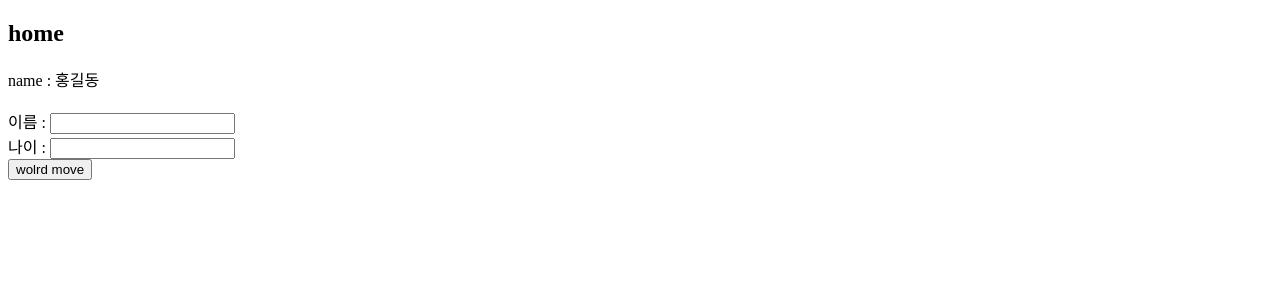
Repository: suhong99/springEclitest
Page: http://localhost/springSample2/home.do
An editor plug-in stored every save of this project. The page is shown before and after the next save, followed by the edit.
The browser window is 1280 px wide. The pictures show the whole page.
The page is served by Tomcat 9.

Above is the page before, as saved 2023-07-11 05:39:13.

After the next save:
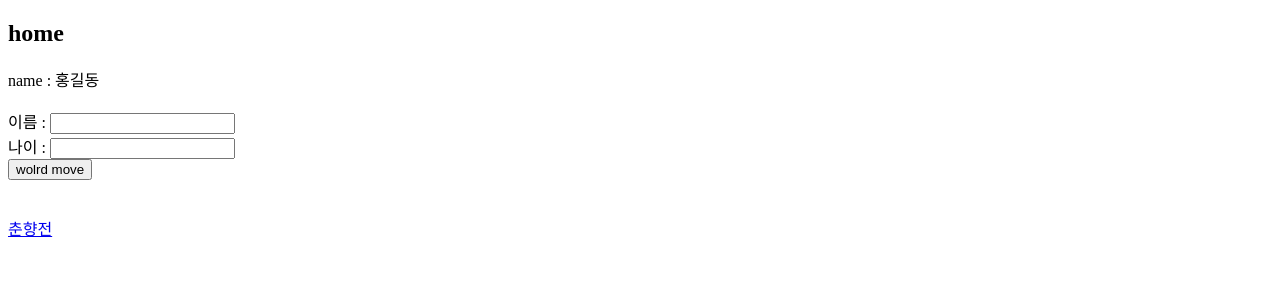
Saved 5 min 6 s later.
--- a/SpringFramworkSamples/springSample2/src/main/webapp/WEB-INF/views/home.jsp
+++ b/SpringFramworkSamples/springSample2/src/main/webapp/WEB-INF/views/home.jsp
@@ -20,5 +20,8 @@ name : <%= name %>
 나이 : <input type="text" name="age"><br>
 <input type="submit" value="wolrd move">
 </form>
+
+<br><br>
+<a href="world.do?name=성춘향&age=18">춘향전</a>
 </body>
 </html>
